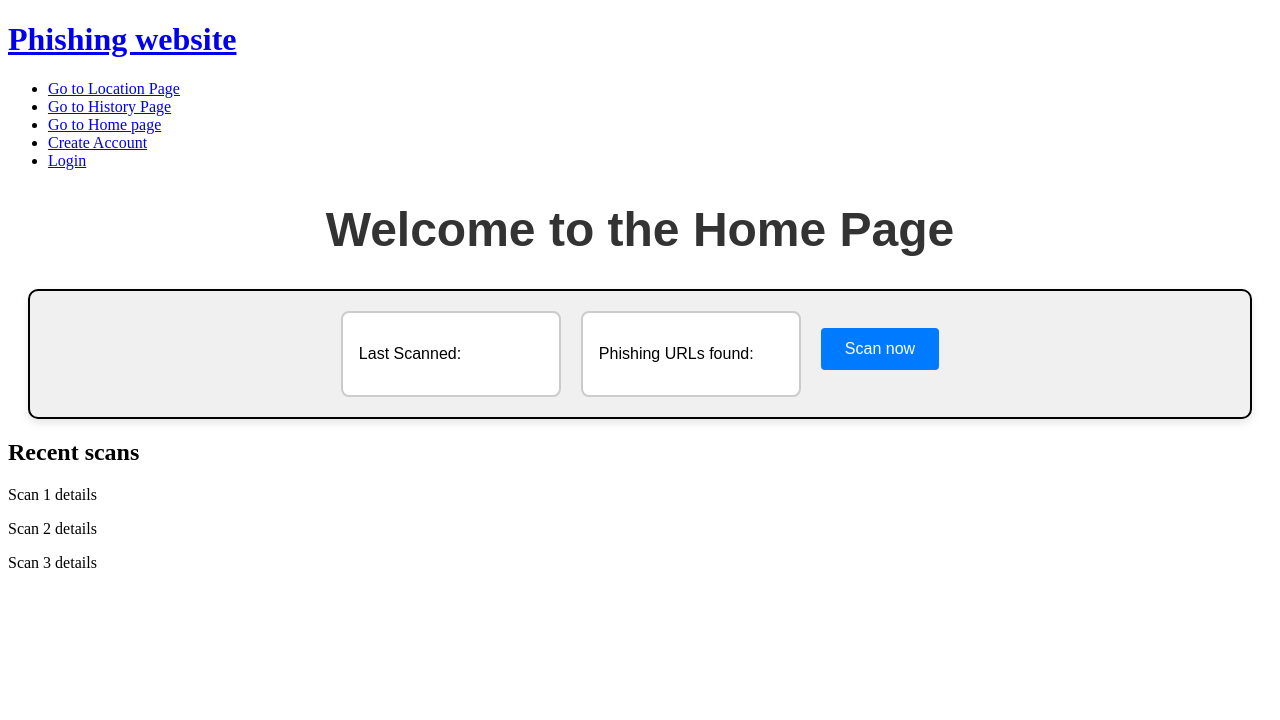
Repository: 2305199/Final-year-project
Page: / (app in frontend/)
The author's editor kept a copy of each file at every save. The page is drawn from the files as they stood at one save, then again after the next save.
The browser window is 1280 px wide. The pictures show the whole page.
The project was rebuilt for these pictures with package versions that can differ from the ones it lists, and the page was loaded fresh each time. Also part of the build but not shown: frontend/vite.config.js, frontend/src/Location/Location.jsx, frontend/src/History/History.jsx, frontend/src/User/CreateAccount.jsx, frontend/src/User/Login.jsx.

Above is the page before, as saved 2026-01-29 01:09:56.

### frontend/src/App.jsx
import { BrowserRouter as Router, Routes, Route } from 'react-router-dom';
import Home from './Home/Home.jsx'
import Location from './Location/Location.jsx'
import History from './History/History.jsx'
import CreateAccount from './User/CreateAccount.jsx'
import Login from './User/Login.jsx'
import Header from './components/Header.jsx'

function App() {

  return (
    <Router>
    <Header />
   <Routes>
      <Route path="/" element={<Home />} />
      <Route path="/location" element={<Location />} />
      <Route path="/history" element={<History />} />
      <Route path="/createAccount" element={<CreateAccount />} />
      <Route path="/login" element={<Login />} />
   </Routes>
    </Router>
  )
}

export default App

### frontend/src/Home/Home.jsx
import styles from './Home.module.css'
function Home() {
    return ( <div>
        <div className={styles.title}> <h1>Welcome to the Home Page</h1></div>


<div className={styles.Box}>
  <div className={styles.Lscanned}>
    <p>Last Scanned:</p>
  </div>

  <div className={styles.Pfound}>
    <p>Phishing URLs found:</p>
  </div>

  <button className={styles.scanButton}>Scan now</button>
</div>


    <div>
        <h2>Recent scans</h2>
        <div className={styles.recentScans}>
            <div className={styles.scanCard}><p>Scan 1 details</p></div>
            <div className={styles.scanCard}><p>Scan 2 details</p></div>
            <div className={styles.scanCard}><p>Scan 3 details</p></div>
        </div>
    </div>

    </div>)
}
export default Home

### frontend/src/components/Header.jsx
function Header() {
    return (<div>
    <h1> <a href="/">Phishing website </a></h1>
     <ul>
        <li><a href="/location">Go to Location Page</a></li>
        <li><a href="/history">Go to History Page</a></li>
        <li><a href="/">Go to Home page</a></li>
        <li><a href="/createAccount">Create Account</a></li>
        <li><a href="/login">Login</a></li>
    </ul>
    </div>)

}
export default Header

### frontend/src/Home/Home.module.css
.title{
    text-align: center;
    font-size: 1.5rem;
    margin-bottom: 20px;
    color: #333;
    font-family: 'Arial', sans-serif;
}
.Box{
    display: flex;
    flex-direction: column;
    align-items: center;
    justify-content: center;
   border: 2px solid black;
    padding: 20px;
    margin: 20px;
    background-color: #f0f0f0;
    border-radius: 10px;
    box-shadow: 0 4px 8px rgba(0, 0, 0, 0.1);

}
.container {
  display: grid;
  gap: 20px;
}

.Box {
  display: flex;
  flex-direction: row;
  align-items: center;
  gap: 20px;
}

.Lscanned,
.Pfound {
  border: 2px solid #ccc;
  padding: 16px;
  border-radius: 8px;
  background-color: #ffffff;
  font-family: 'Arial', sans-serif;
  width: 220px;
  box-sizing: border-box;
}

.scanButton {
  padding: 12px 24px;
  font-size: 16px;
  background-color: #007bff;
  color: #ffffff;
  border: none;
  border-radius: 4px;
  cursor: pointer;
  transition: background-color 0.3s ease;
  margin-bottom: 10px;
}

Loaded but not shown: frontend/index.html (common file); frontend/src/main.jsx (common file); frontend/src/index.css (no stored copy; drawn as an empty file)

After the next save:
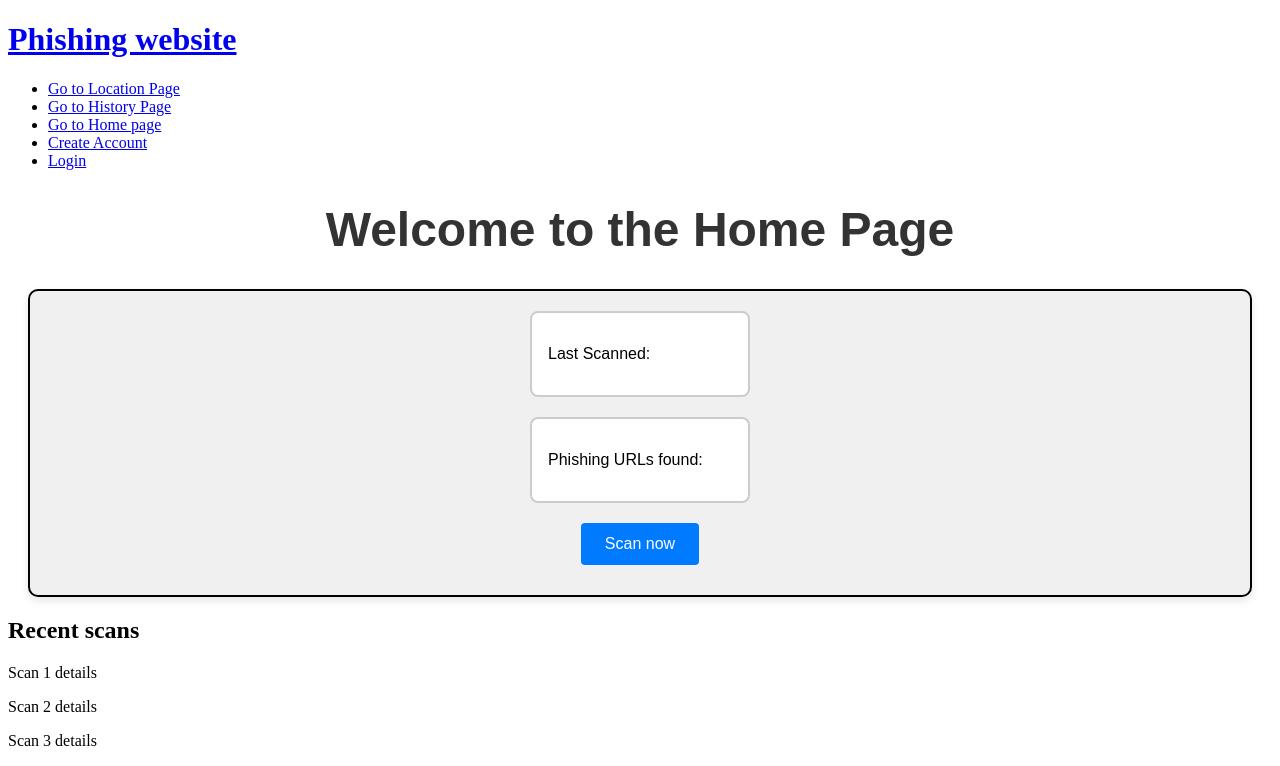
Saved 10 min 14 s later.
--- a/frontend/src/Home/Home.module.css
+++ b/frontend/src/Home/Home.module.css
@@ -25,7 +25,7 @@
 
 .Box {
   display: flex;
-  flex-direction: row;
+  flex-direction: column;
   align-items: center;
   gap: 20px;
 }
@@ -52,3 +52,9 @@
   transition: background-color 0.3s ease;
   margin-bottom: 10px;
 }
+.topRow {
+  display: flex;
+  flex-direction: row; /* side by side */
+  gap: 20px;
+  align-items: center;
+}
